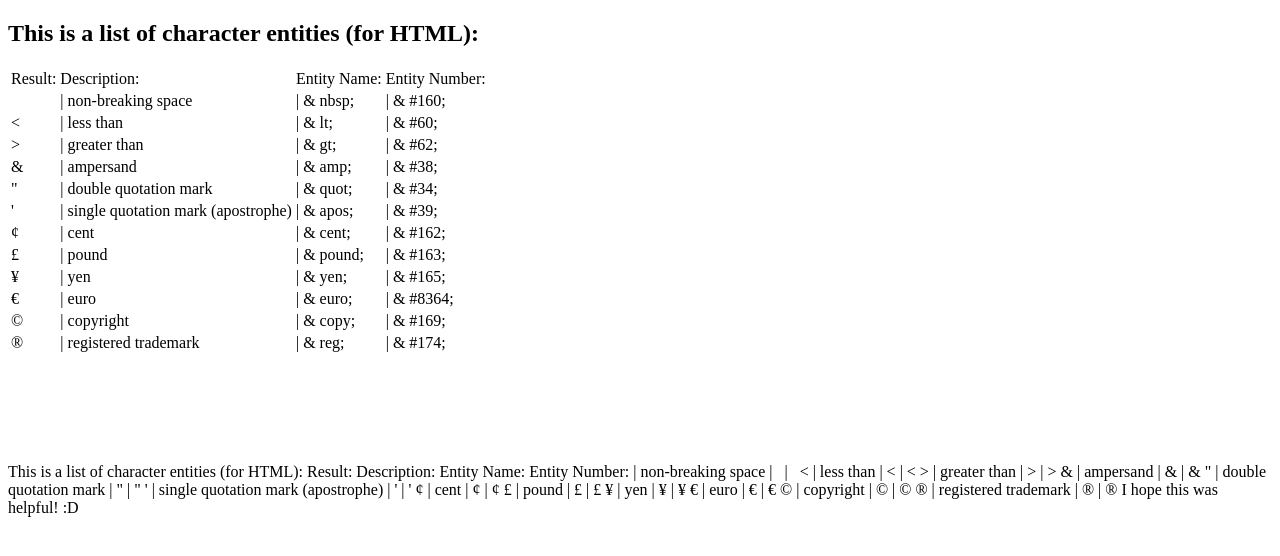
Repository: linas-dev/HTML-CSS-Projects
Page: Basic_HTML_and_CSS/Basic_HTML_5.html
These files come from the project's save history. The page is drawn as it stood at one moment and after the next save; the edit follows.
The browser window is 1280 px wide. The pictures show the whole page.

Above is the page before, as saved 2021-05-30 11:11:21.

After the next save:
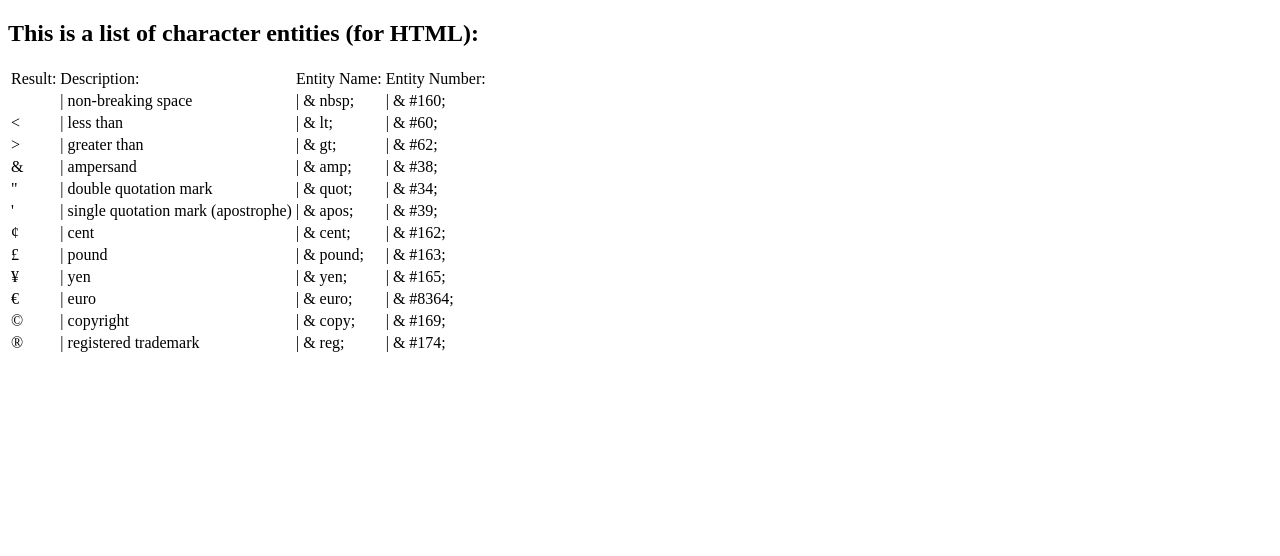
Saved 31 s later.
--- a/Basic_HTML_and_CSS/Basic_HTML_5.html
+++ b/Basic_HTML_and_CSS/Basic_HTML_5.html
@@ -94,33 +94,5 @@
         </tbody>
     </table>
 
-
-
-
-<br>
-
-<br>
-<br>
-<br>
-<br>
-<br>
-
-    This is a list of character entities (for HTML):
-
-Result:    Description:                         Entity Name:    Entity Number:
-         | non-breaking space                 | &nbsp;        | &#160;
-  <      | less than                          | &lt;          | &#60;
-  >      | greater than                       | &gt;          | &#62;
-  &      | ampersand                          | &amp;         | &#38;
-  "      | double quotation mark              | &quot;        | &#34;
-  '      | single quotation mark (apostrophe) | &apos;        | &#39;
-  ¢      | cent                               | &cent;        | &#162;
-  £      | pound                              | &pound;       | &#163;
-  ¥      | yen                                | &yen;         | &#165;
-  €      | euro                               | &euro;        | &#8364;
-  ©      | copyright                          | &copy;        | &#169;
-  ®      | registered trademark               | &reg;         | &#174;
-
-I hope this was helpful! :D
 </body>
 </html>
